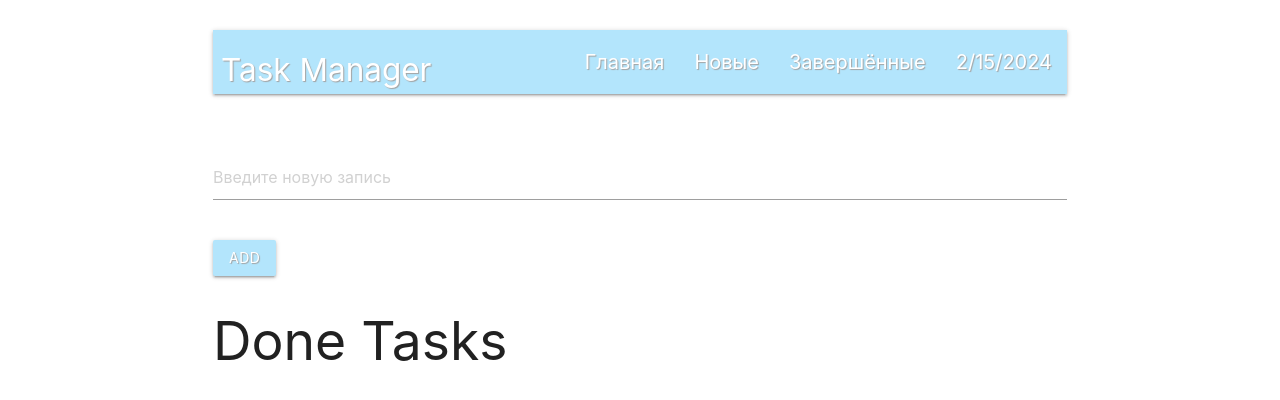
Repository: iveivs/myReactTaskManager
Page: /done
These files come from the project's save history. The page is drawn as it stood at one moment and after a run of saves; the edit follows.
The browser window is 1280 px wide. The pictures show the whole page.
The project was rebuilt for these pictures with package versions that can differ from the ones it lists, and the page was loaded fresh each time. Also part of the build but not shown: vite.config.js, src/components/MainPage.jsx, src/components/NewTasks.jsx.

Above is the page before, as saved 2024-02-15 15:29:45.

After the next 2 saves:
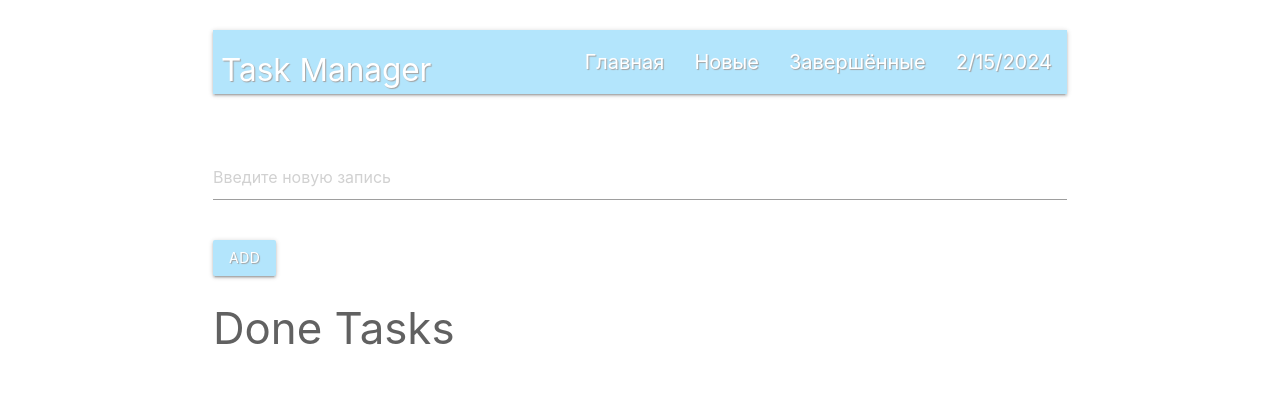
The 2 saves are shown as one change because they came seconds apart.
The last was saved 8 s later.
--- a/src/components/DoneTasks.jsx
+++ b/src/components/DoneTasks.jsx
@@ -1,7 +1,7 @@
 export default function DoneTasks () {
     return (
         <div>
-            <h2>Done Tasks</h2>
+            <h3 className="textTitle">Done Tasks</h3>
         </div>
     )
 }
